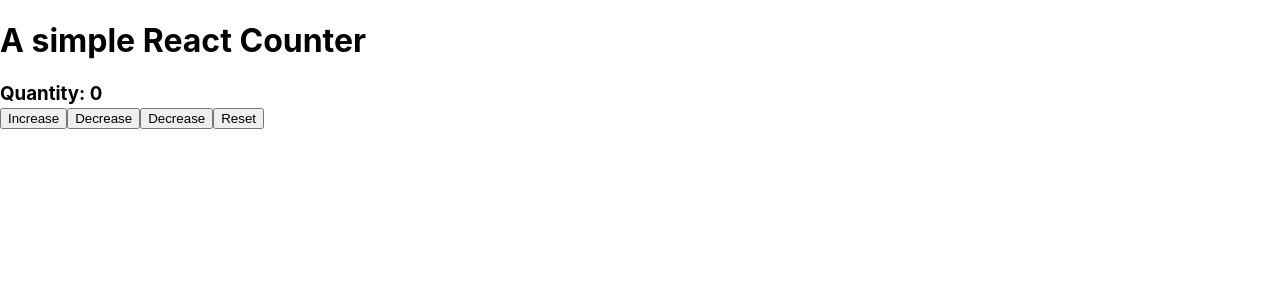
Repository: qudos4real/altschool-second-sem
Page: /
These files come from the project's save history. The page is drawn as it stood at one moment and after a run of saves; the edit follows.
The browser window is 1280 px wide. The pictures show the whole page.
The project was rebuilt for these pictures with package versions that can differ from the ones it lists, and the page was loaded fresh each time. Also part of the build but not shown: src/App.css.

Above is the page before, as saved 2022-11-03 01:41:03.

### src/App.js
import Counter from './Counter';
import './App.css';



function App() {

  return (
    <>
    <h1>
      A simple React Counter
    </h1>
    <Counter />
    </>

  );
}

export default App;

### src/Counter.js
import React from 'react'
import { useState } from 'react';

// const useCounter = (initialValue) => {
//     const [count, setCount] = useState(initialValue);
//     const increment = () => { setCount(count + 1) };
//     const decrement = () => { count > 0 && setCount(count - 1) };
//     const reset = () => { setCount(initialValue) };
//     const setValue = (value) => { setCount(value) };
//     return { count, increment, decrement, reset, setValue };

// }

function reducer(state, action) {
    switch (action.type) {
        case 'increment':
            return { count: state.count + 1 };
        case 'decrement':
            return { count: state.count - 1 };
        case 'reset':
            return { count: 0 };
        default:
            return state;
    }
}

function Counter() {
    // const quantity = useCounter(0);
    const [state, dispatch] = React.useReducer(reducer, { count: 0 });
    return (
        <div>
            <h3>
            {/* Quantity: {quantity.count} */}
            Quantity: 0
            <br />
            <button onClick={() => dispatch({type: "increment"})}>Increase</button>
            <button onClick={() => dispatch({type: "decrement"})}>Decrease</button>
            <button onClick>Decrease</button>
            <button onClick>Reset</button>
            <br />
            {/* <input type="number" onChange={(e) => quantity.setValue(e.target.value)} /> */}


            </h3>
        </div>
    )
}

export default Counter

Loaded but not shown: public/index.html (common file); src/index.js (common file); src/index.css (common file); src/reportWebVitals.js (common file)

After the next 3 saves:
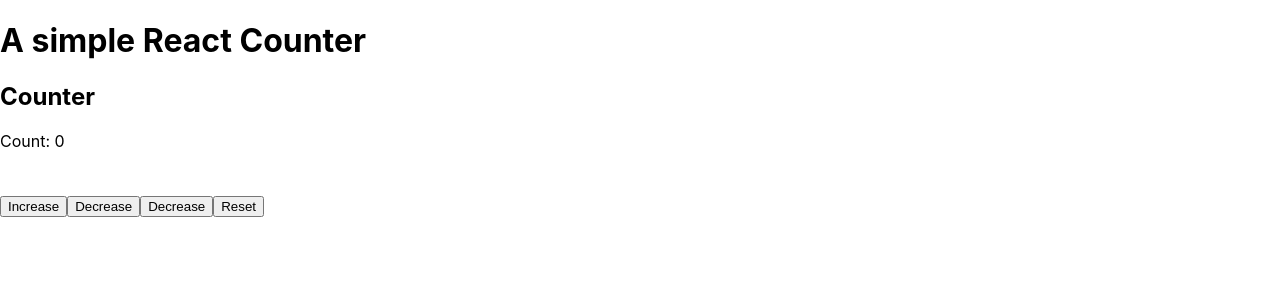
The 3 saves are shown as one change because 2 did not build or start.
The last was saved 2 min 27 s later.
--- a/src/Counter.js
+++ b/src/Counter.js
@@ -29,9 +29,12 @@
     const [state, dispatch] = React.useReducer(reducer, { count: 0 });
     return (
         <div>
+            <h2>Counter</h2>
+            <p>Count: {state.count}</p>
+
             <h3>
             {/* Quantity: {quantity.count} */}
-            Quantity: 0
+            {/* Quantity: {state} */}
             <br />
             <button onClick={() => dispatch({type: "increment"})}>Increase</button>
             <button onClick={() => dispatch({type: "decrement"})}>Decrease</button>
